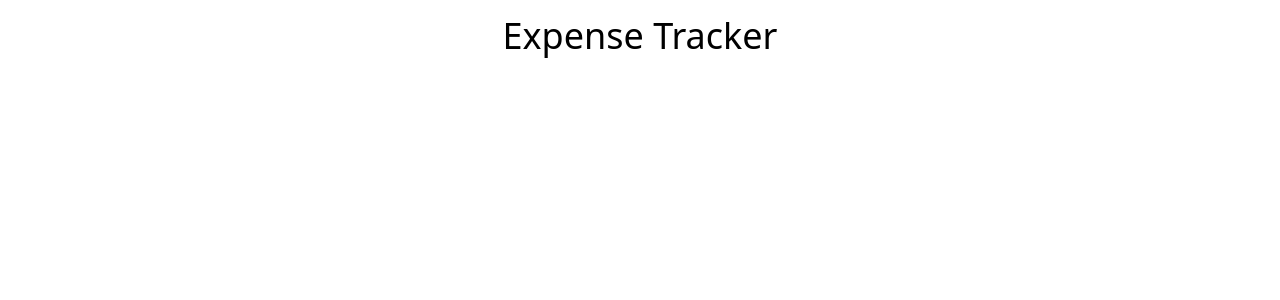
Repository: Syed-Mohsin-Ali786/frontend-expense-tracker
Page: /signup
These files come from the project's save history. The page is drawn as it stood at one moment and after the next save; the edit follows.
The browser window is 1280 px wide. The pictures show the whole page.
The project was rebuilt for these pictures with package versions that can differ from the ones it lists, and the page was loaded fresh each time.

Above is the page before, as saved 2025-09-28 13:33:08.

After the next save:
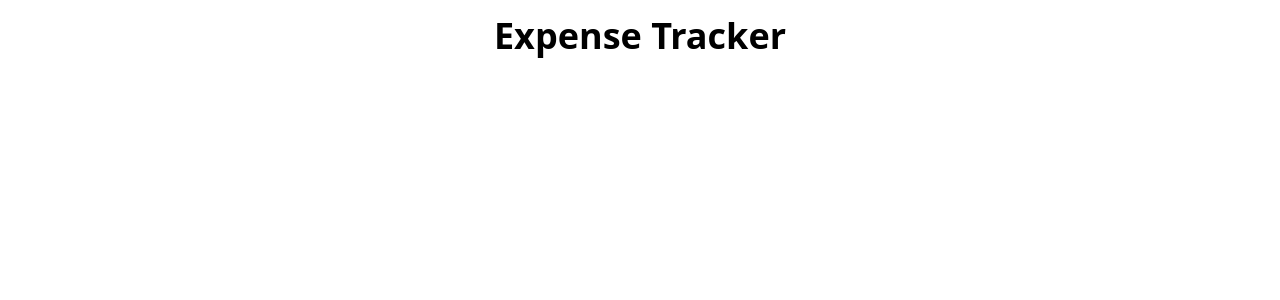
Saved 7 min 26 s later.
--- a/src/App.tsx
+++ b/src/App.tsx
@@ -6,7 +6,7 @@ function App() {
 
   return (
     <div className='flex justify-center flex-col items-center mt-4'>
-     <h1 className='text-4xl'>Expense Tracker</h1>
+     <h1 className='text-4xl font-bold'>Expense Tracker</h1>
 
     </div>
   )
